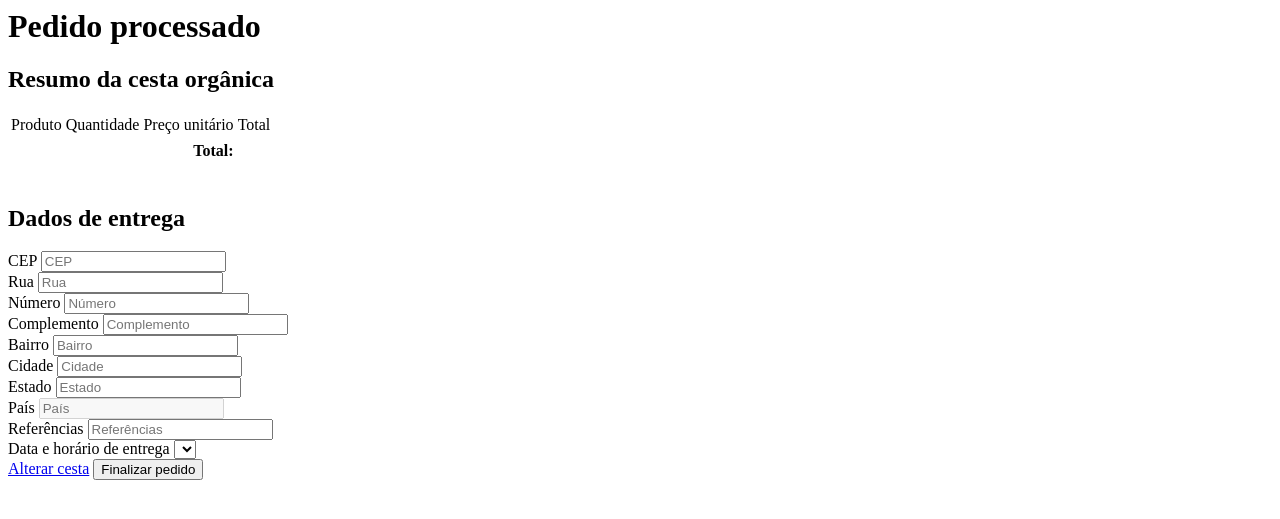
Repository: organicos/organicos.github.io
Page: partials/order/order_process.html
The author's editor kept a record of every edit. The page is drawn from the files as they stood at one moment, then again after the next edit.
The browser window is 1280 px wide. The pictures show the whole page.

Above is the page before.

### partials/order/order_process.html
<div class="row background-violet text-white">
    <div class="col-xs-22 col-xs-offset-1">
        <h1>Pedido processado</h1>

        <h2>Resumo da cesta orgânica</h2>
        <table class="table table-condensed">
            <thead>
                <tr>
                    <td>Produto</td>
                    <td align="right">Quantidade</td>
                    <td align="right">Preço unitário</td>
                    <td align="right">Total</td>
                </tr>
            </thead>
            <tbody>
                <tr ng-repeat="product in $storage.basket.products">
                    <td ng-bind="product.name"
                		popover="{{product.dscr}}"
                		popover-title="{{product.name}}"
                		popover-trigger="mouseenter"
                		popover-placement="right"
                		popover-append-to-body="true"
                    ></td>
                    <td ng-bind="product.quantity" align="right"></td>
                    <td ng-bind="product.price | currency:'R$':2" align="right"></td>
                    <td ng-bind="product.quantity*product.price | currency:'R$':2" align="right"></td>
                </tr>
                <tr>
                    <td></td>
                    <td></td>
                    <td align="right"><h4>Total:</h4></td>
                    <td align="right"><h4 ng-bind="$storage.basket.total | currency:'R$':2"></h4></td>
                </tr>
            </tbody>
        </table>

        <h2>Dados de entrega</h2>

        <form class="form" role="form" ng-submit="signup()">
            <div class="form-group col-sm-5">
                <label for="cep" class="control-label">CEP</label>
                <input type="text" class="form-control" id="cep" placeholder="CEP" ng-model="cep">
            </div>
            <div class="form-group col-sm-11">
                <label for="street" class="control-label">Rua</label>
                <input type="text" class="form-control" id="street" placeholder="Rua" ng-model="street">
            </div>
            <div class="form-group col-sm-2">
                <label for="number" class="control-label">Número</label>
                <input type="text" class="form-control" id="number" placeholder="Número" ng-model="number">
            </div>
            <div class="form-group col-sm-6">
                <label for="complement" class="control-label">Complemento</label>
                <input type="text" class="form-control" id="complement" placeholder="Complemento" ng-model="complement">
            </div>
                <div class="form-group col-sm-6">
                <label for="district" class="control-label">Bairro</label>
                <input type="text" class="form-control" id="district" placeholder="Bairro" ng-model="district">
            </div>
            <div class="form-group col-sm-6">
                <label for="city" class="control-label">Cidade</label>
                <input type="text" class="form-control" id="city" placeholder="Cidade" ng-model="city">
            </div>
            <div class="form-group col-sm-6">
                <label for="state" class="control-label">Estado</label>
                <input type="text" class="form-control" id="state" placeholder="Estado" ng-model="state">
            </div>
            <div class="form-group col-sm-6">
                <label for="country" class="control-label">País</label>
                <input type="text" class="form-control" id="country" placeholder="País" ng-model="country" disabled>
            </div>
            <div class="form-group col-sm-16">
                <label for="address_ref" class="control-label">Referências</label>
                <input type="text" class="form-control" id="address_ref" placeholder="Referências" ng-model="address_ref">
            </div>
            <div class="form-group col-sm-8">
                <label for="deliveryOption" class="control-label">Data e horário de entrega</label>
                <select class="form-control" id="deliveryOption" placeholder="Nome" ng-model="deliveryOption">
                    <option ng-repeat="deliveryOption in DeliveryDayAndTimeOptions" ng-value="deliveryOption" ng-bind="deliveryOption"></option>
                </select>
            </div>
            <div class="form-group">
                <a class="btn btn-link text-white" href="#/fair">Alterar cesta</a>
                <button class="btn btn-success pull-right" ng-disabled="!orderReady">Finalizar pedido</button>
            </div>
        </form>

    </div>
</div>

After the next edit:
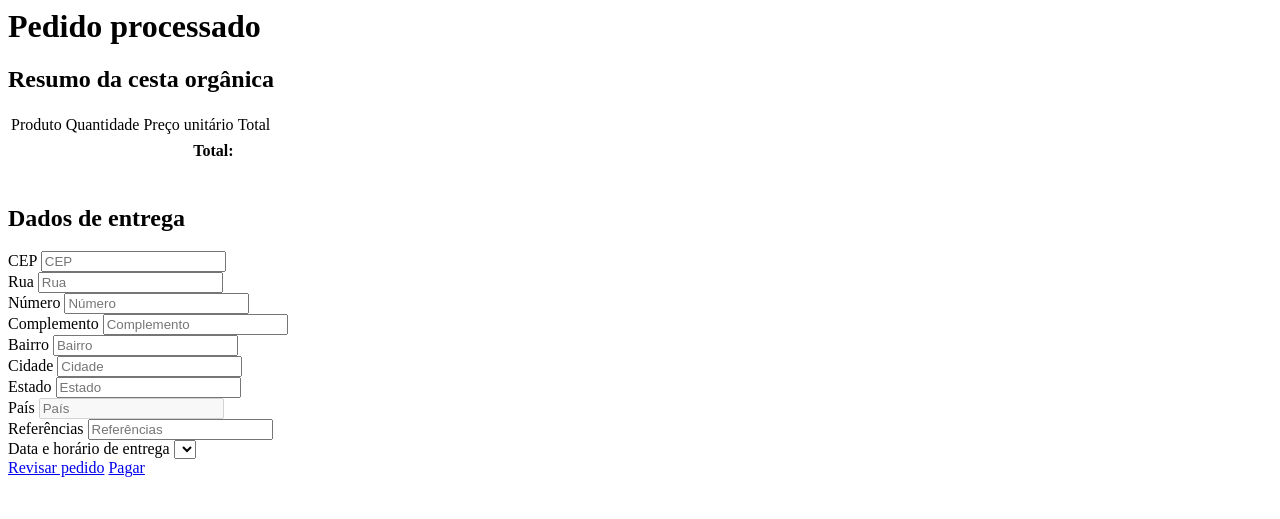
The edit:
--- a/partials/order/order_process.html
+++ b/partials/order/order_process.html
@@ -80,8 +80,8 @@
                 </select>
             </div>
             <div class="form-group">
-                <a class="btn btn-link text-white" href="#/fair">Alterar cesta</a>
-                <button class="btn btn-success pull-right" ng-disabled="!orderReady">Finalizar pedido</button>
+                <a class="btn btn-default pull-left" ng-disabled="!orderReady" href="#/fair">Revisar pedido</a>
+                <a class="btn btn-success pull-right" ng-disabled="!paymentReady" href="#botao_pagseguro">Pagar</a>
             </div>
         </form>
 
